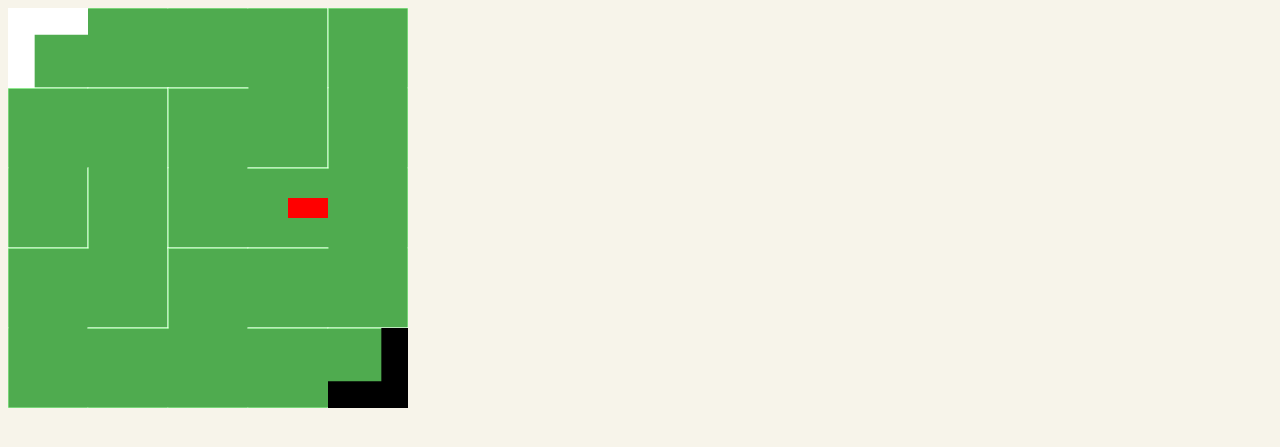
Repository: animarcus/maze-generator
Page: index.html
These files come from the project's save history. The page is drawn as it stood at one moment and after the next save; the edit follows.
The browser window is 1280 px wide. The pictures show the whole page.
Some web libraries are served in a nearby version.

Above is the page before, as saved 2020-09-12 18:15:04.

After the next save:
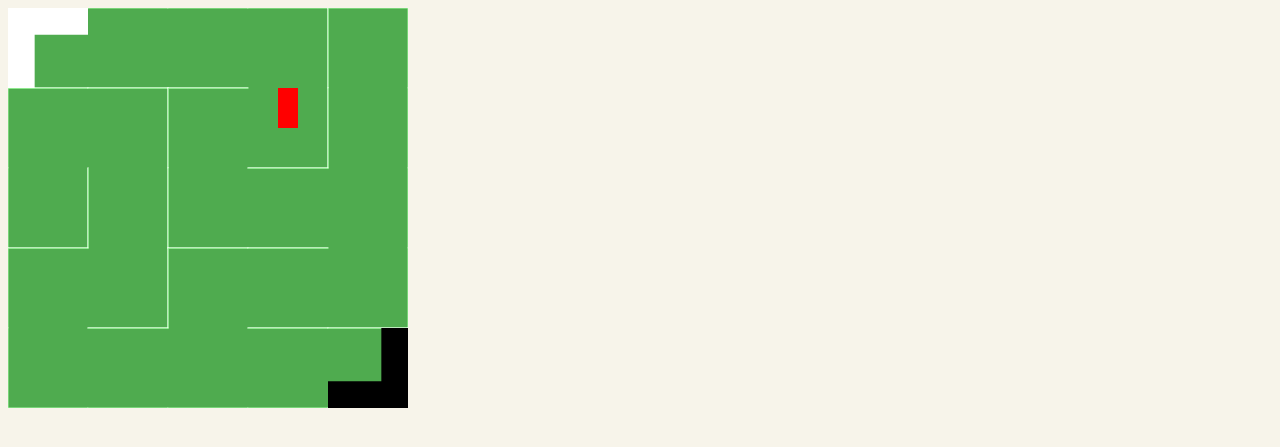
Saved 19 s later.
--- a/js/solver.js
+++ b/js/solver.js
@@ -40,7 +40,7 @@ class Solver {
       } else if (this.current.walls[this.direction - 1]) {
         this.direction += 1;
       } else {
-        this.direction -= 1;
+        this.direction += 1;
       }
     } else {
       this.i = this.facing.i;
